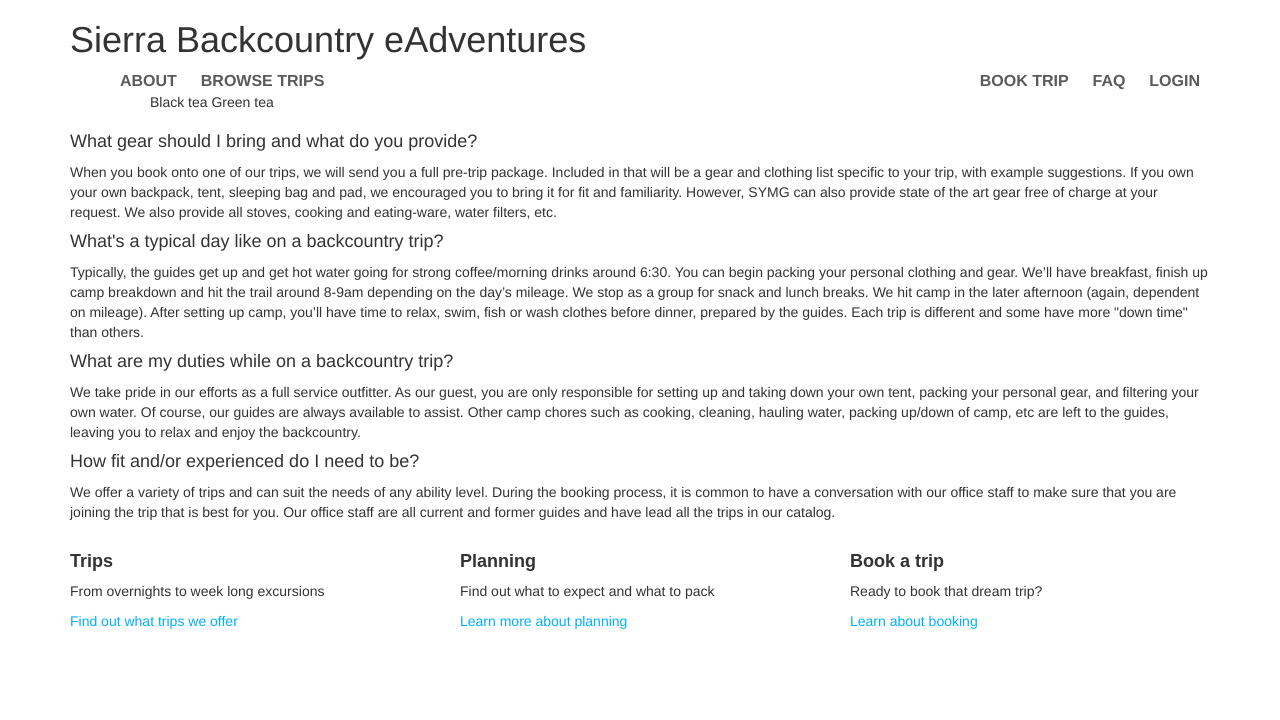
Repository: nageek17/eadventures
Page: http://localhost/faq.php
The author's editor kept a record of every edit. The page is drawn from the files as they stood at one moment, then again after the next edit.
The browser window is 1280 px wide. The pictures show the whole page.
Some web libraries are served in a nearby version. The page is run by PHP 8.4 with error messages shown; the project is at /var/www/html/.

Above is the page before.
Console error (its wording comes from the project's code and is left out).

After the next edit:
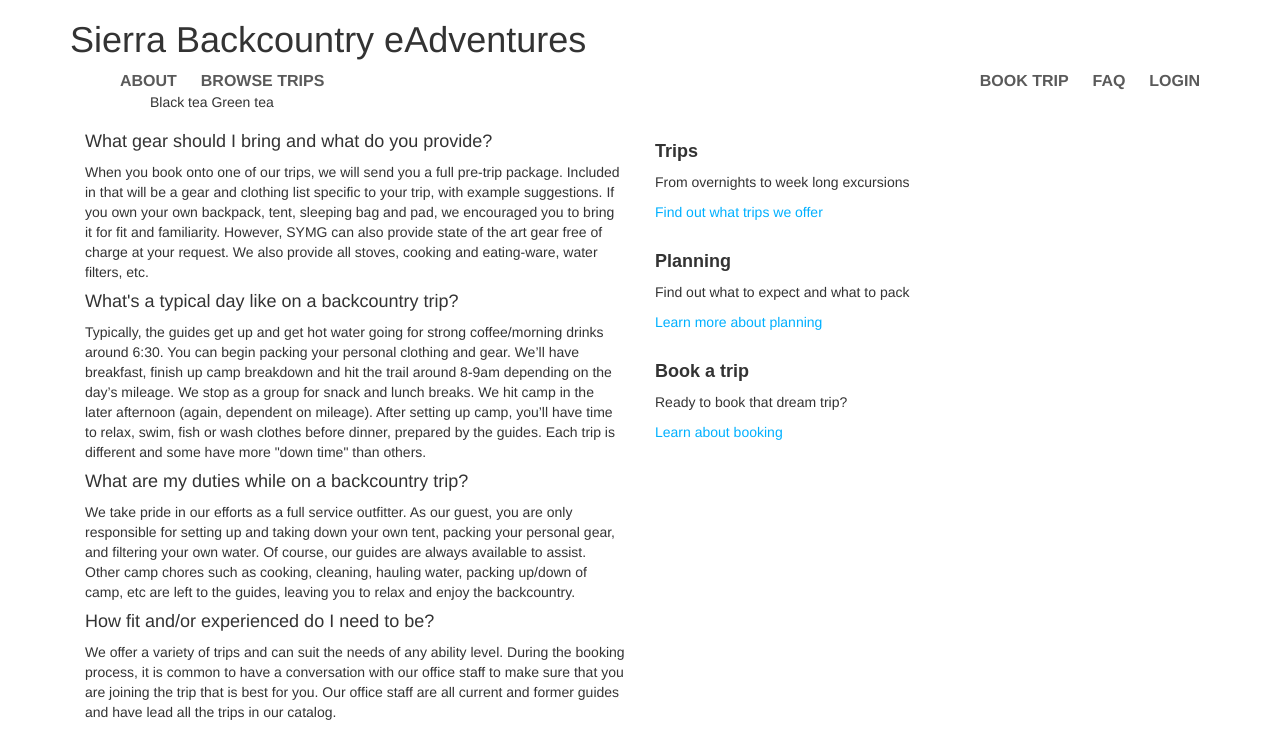
The edit:
--- a/faq.php
+++ b/faq.php
@@ -3,6 +3,7 @@
 ?>
 <div class='container'>
     <div class='faq'>
+      <div  class='col-md-6'>
 
 <h4>What gear should I bring and what do you provide?</h4>
 <p>
